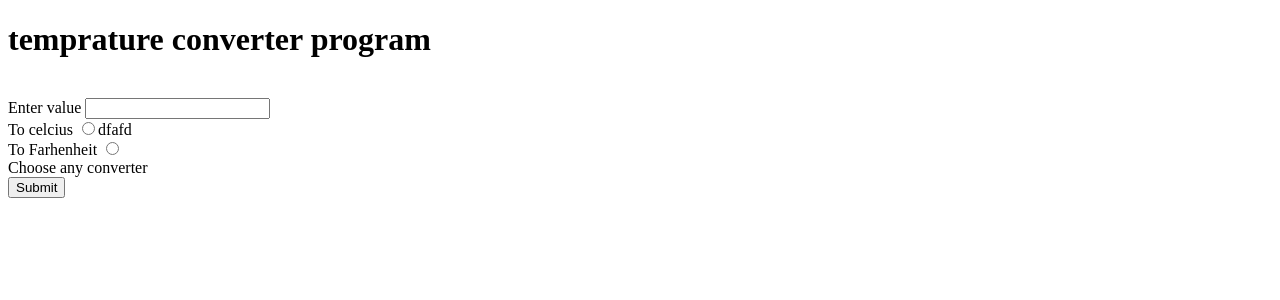
Repository: albinsabu2023/Stopwatch-program
Page: index.html
These files come from the project's save history. The page is drawn as it stood at one moment and after the next save; the edit follows.
The browser window is 1280 px wide. The pictures show the whole page.

Above is the page before, as saved 2023-03-02 23:02:55.

### index.html
<!DOCTYPE html>

<head>
    <meta charset="UTF-8">
    <meta http-equiv="X-UA-Compatible" content="IE=edge">
    <meta name="viewport" content="width=device-width, initial-scale=1.0">
    <link rel="stylesheet" href="style.css">
    <title>Document</title>
</head>
    <h1>temprature converter program</h1><br>
    <label>Enter value</label>
    <input type="text" id="text"></input><br>
    <label> To celcius</label>
    <input type="radio"  id="cel">dfafd</input><br>
    <label> To Farhenheit</label>
    <input type="radio" id="far"></input><br>
    <label id="ans"> Choose any converter</label><br>
    <button type="submit" id ="submit">Submit</button>
    <script src="index.js"></script>
</body>
</html>

### index.js
//SCOPE
/** let is limited to block
 *  var is referenced to a function
 * for(var i){
 * }
 * console.log(i) /// ERRROR!!!! cant acces
 *
 */

//locale and options
//  -----------------------
// let num = 1234.56;
// num = num.toLocaleString("en-us"); ///english usa
// console.log(num);
// num = num.toLocaleString("hi-In"); //hindi india
// console.log(num);
// num = num.toLocaleString("de-De"); //standard german
// console.log(num);
//  convert to currency
//  TO CURRENCY
//------------------

// let num = 12345.467;
// num = num.toLocaleString("en-US", { style: "currency", currency: "INR" });
// console.log(num);
//TO UNIT AND PERCENTAGE
//-----------------------------------
// num = num.toLocaleString("undefined", { style: "percentage", });
// num = num.toLocaleString("undefined", { style: "unit",,unit:"celcius" });

//NUMBER GUESSING PROGRAM
{
  /* <h1>Number Guessing Game</h1>
    <p>Pick a number between 1 to 10</p>
    <label>enter a guess</label>
    <input id="guess" type="text"></input>
    <input type="submit" id="submit"></input> */
}
// const ans = Math.floor(Math.random() * 10 + 1);
// let guess = 0;
// document.getElementById("submit").onclick = function () {
//   guess = document.getElementById("guess").value;
//   if (guess == ans) {
//     alert(`${ans} is the number it took ${guess} `);
//   } else if (guess < ans) {
//     console.log("too small");
//   } else if (guess > num) {
//     console.log("too big");
//   }
// };

//TEMPRATURE CONVERTER PROGRAM

document.getElementById("submit").onclick = function () {
  let temp;

  if (document.getElementById("cel").checked) {
    temp = document.getElementById("text").value;
    let res = toCel(temp);
    document.getElementById("ans").innerHTML =
      " you enterd in celcius  is" + res;
  } else if (document.getElementById("far").checked) {
    temp = document.getElementById("text").value;
    let res = toFar(temp);
    document.getElementById("ans").innerHTML =
      "you enterd in faranheit  is " + res;
  } else {
    document.getElementById("ans").innerHTML = "please choose one";
  }
};

function toCel(temp) {
  return (temp - 32) * (5 / 9);
}
function toFar(temp) {
  return (temp * 9) / 5 + 32;
}

Loaded but not shown: style.css (no stored copy; drawn as an empty file)

After the next save:
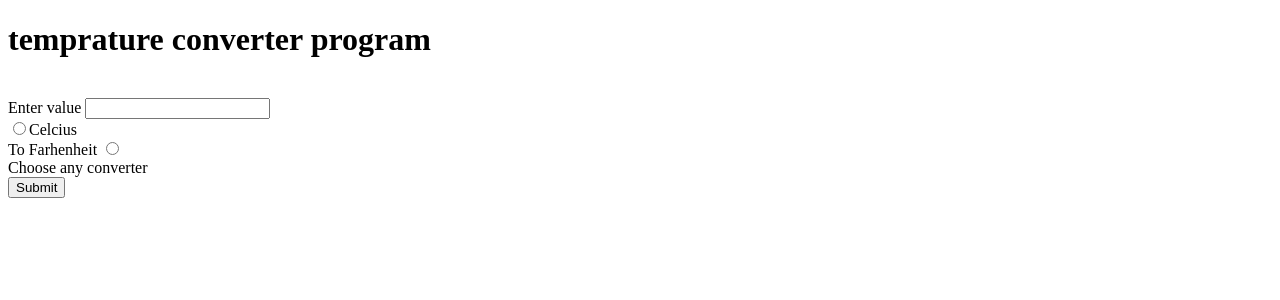
Saved 8 s later.
--- a/index.html
+++ b/index.html
@@ -10,8 +10,8 @@
     <h1>temprature converter program</h1><br>
     <label>Enter value</label>
     <input type="text" id="text"></input><br>
-    <label> To celcius</label>
-    <input type="radio"  id="cel">dfafd</input><br>
+
+    <input type="radio"  id="cel">Celcius</input><br>
     <label> To Farhenheit</label>
     <input type="radio" id="far"></input><br>
     <label id="ans"> Choose any converter</label><br>
